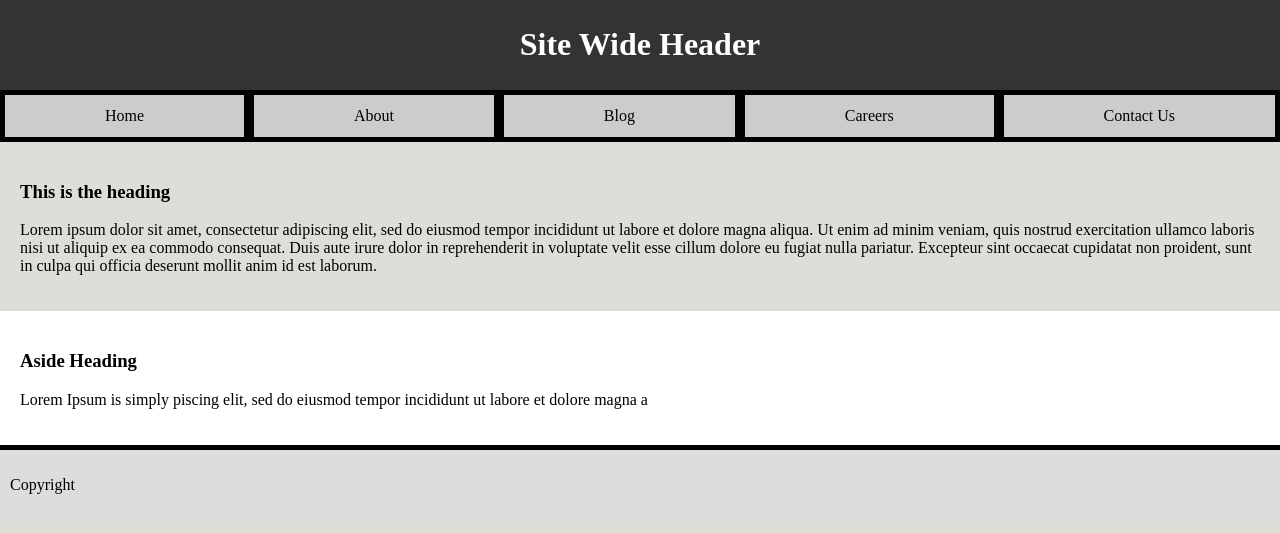
Repository: ayeza-baseer/AssignmentFlexbox
Page: assignment.html
The author's editor kept a copy of each file at every save. The page is drawn from the files as they stood at one save, then again after the next save.
The browser window is 1280 px wide. The pictures show the whole page.

Above is the page before, as saved 2023-03-17 15:57:34.

After the next save:
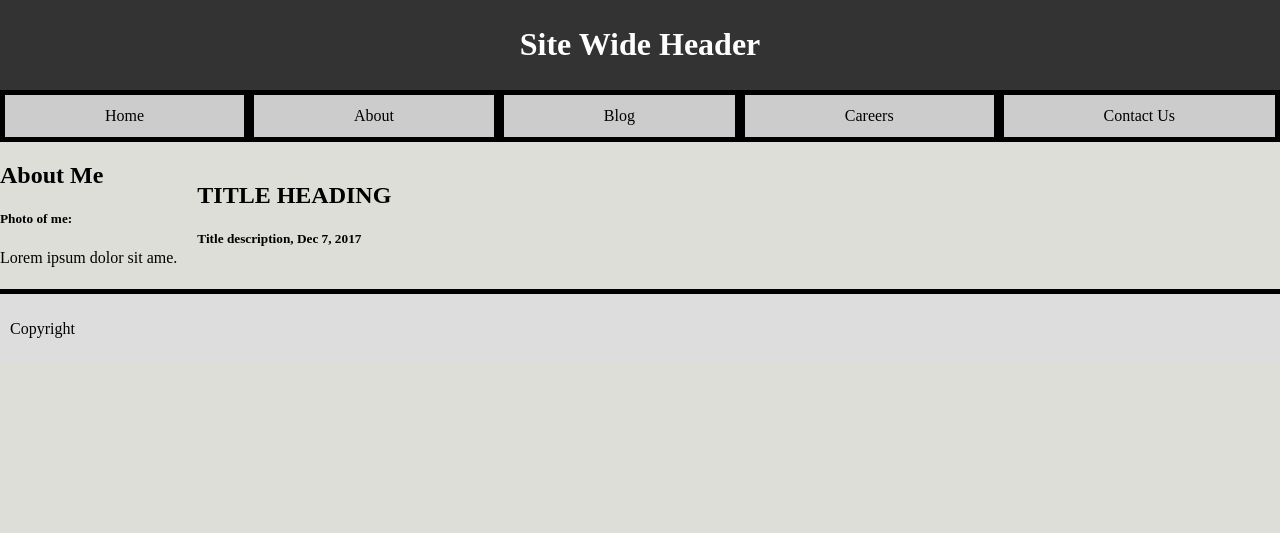
Saved 6 min 5 s later.
--- a/assignment.html
+++ b/assignment.html
@@ -18,7 +18,7 @@
         <a href="#">Careers</a>
         <a href="#">Contact Us</a>
       </div>
-    <div class="row">
+    <!-- <div class="row">
       <div class="main">
         <h3>This is the heading</h3>
         <p>Lorem ipsum dolor sit amet, consectetur adipiscing elit, sed do eiusmod tempor incididunt ut labore et dolore magna aliqua. Ut enim ad minim veniam, quis nostrud exercitation ullamco laboris nisi ut aliquip ex ea commodo consequat. Duis aute irure dolor in reprehenderit in voluptate velit esse cillum dolore eu fugiat nulla pariatur. Excepteur sint occaecat cupidatat non proident, sunt in culpa qui officia deserunt mollit anim id est laborum.</p>
@@ -27,7 +27,23 @@
         <h3>Aside Heading</h3>
         <p>Lorem Ipsum is simply  piscing elit, sed do eiusmod tempor incididunt ut labore et dolore magna a</p>
       </div>
-    </div>
+    </div> -->
+
+    <div class="row">
+        <div class="side">
+          <h2>About Me</h2>
+          <h5>Photo of me:</h5>
+
+          <p>Lorem ipsum dolor sit ame.</p>
+
+        </div>
+        <div class="main">
+          <h2>TITLE HEADING</h2>
+          <h5>Title description, Dec 7, 2017</h5>
+
+
+        </div>
+      </div>
 </div>
 
 
